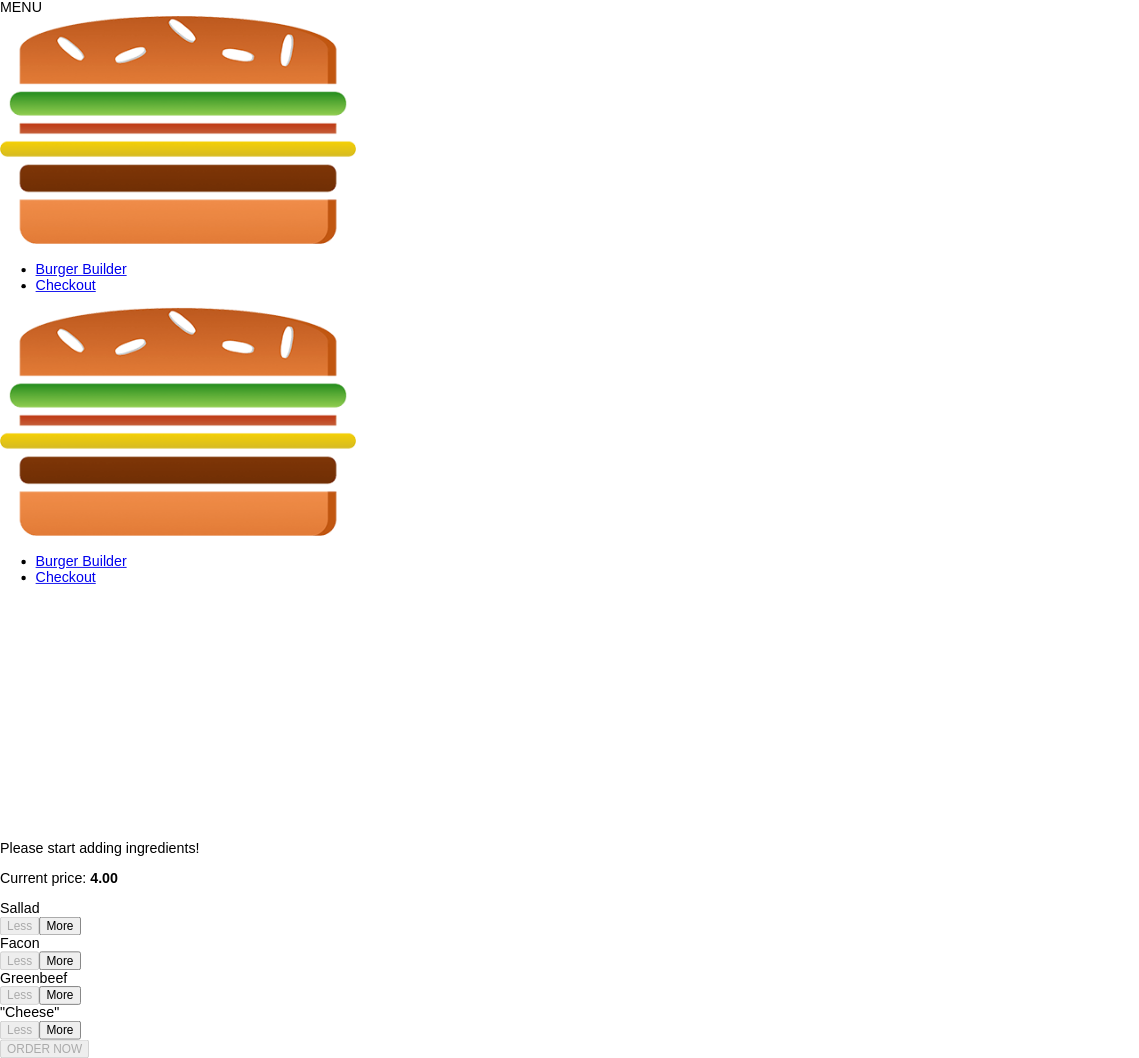
Repository: JuanitaPirizadeh/Burger-builder-react
Page: /
The author's editor kept a copy of each file at every save. The page is drawn from the files as they stood at one save, then again after the next save.
The browser window is 1280 px wide. The pictures show the whole page, at 89% of full size.
The project was rebuilt for these pictures with package versions that can differ from the ones it lists, and the page was loaded fresh each time. Also part of the build but not shown: src/components/Layout/Layout.css, src/components/Navigation/Toolbar/Toolbar.css, src/components/Logo/Logo.css, src/components/Navigation/NavigationItems/NavigationItems.css, src/components/Navigation/NavigationItems/NavigationItem/NavigationItem.css, src/components/Navigation/SideDrawer/SideDrawer.css, src/components/Burger/Burger.css, src/components/Burger/BurgerIngredient/BurgerIngredient.css and 6 more.

Above is the page before, as saved 2020-01-06 15:05:55.

After the next save:
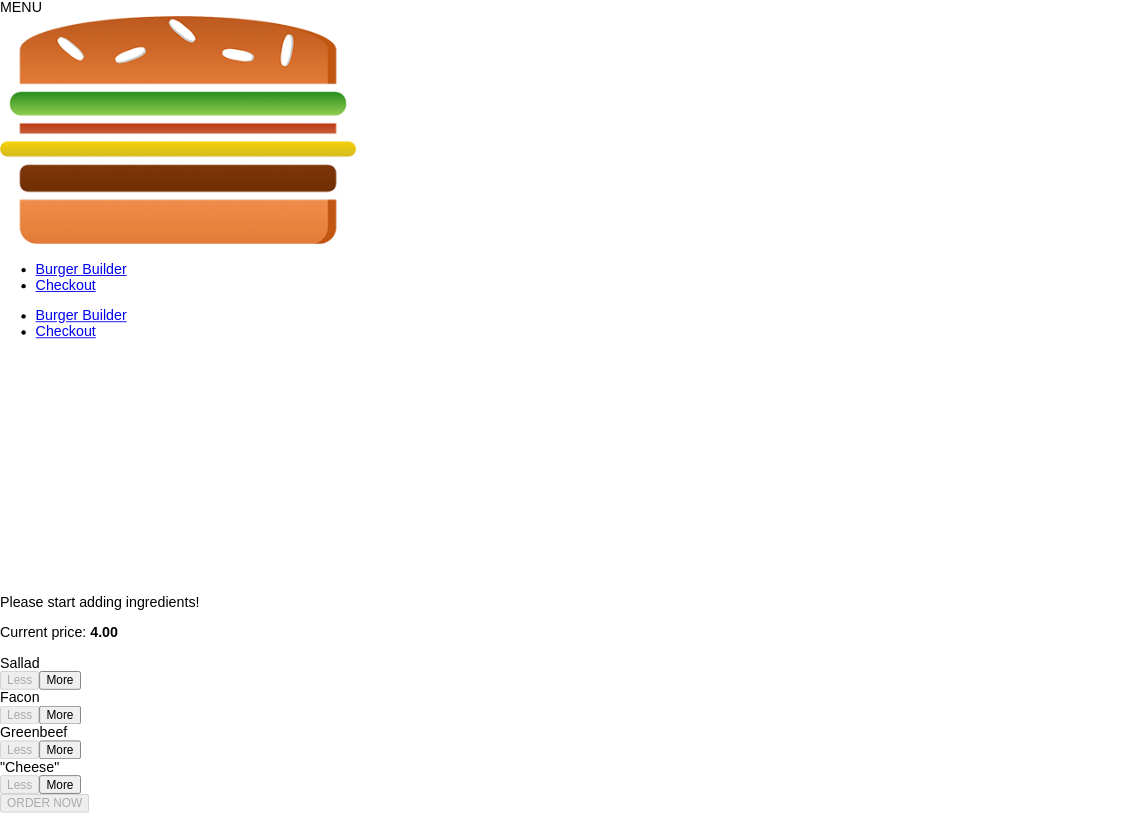
Saved 8 s later.
--- a/src/components/Navigation/SideDrawer/SideDrawer.js
+++ b/src/components/Navigation/SideDrawer/SideDrawer.js
@@ -7,7 +7,7 @@
     //...
     return (
         <div className={classes.sideDrawer}>
-            <Logo />
+
             <nav>
             <NavigationItems/>
             </nav>

After the save that followed:
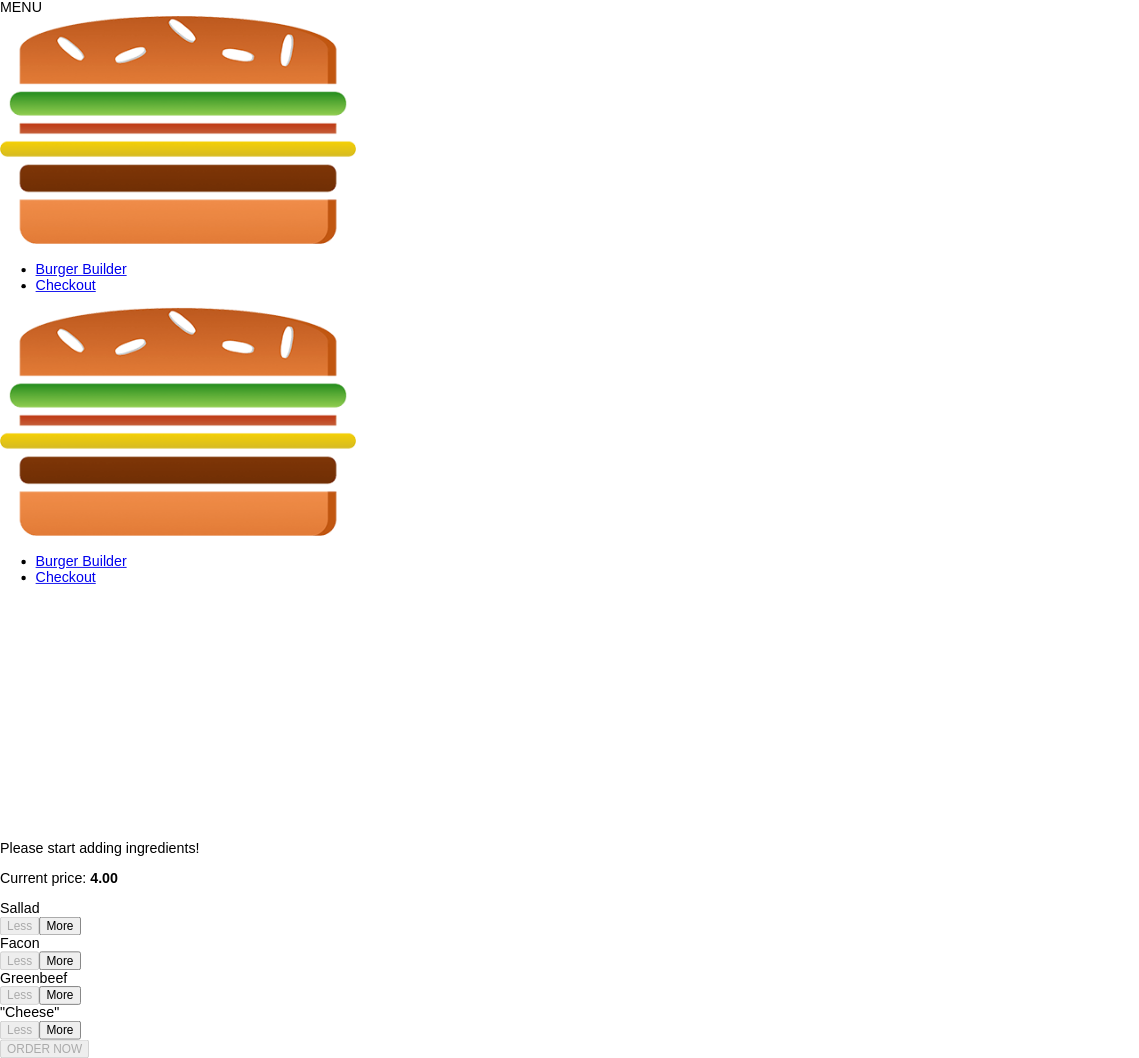
Saved 2 min 43 s later.
--- a/src/components/Navigation/SideDrawer/SideDrawer.js
+++ b/src/components/Navigation/SideDrawer/SideDrawer.js
@@ -7,7 +7,7 @@
     //...
     return (
         <div className={classes.sideDrawer}>
-
+            <Logo />
             <nav>
             <NavigationItems/>
             </nav>
